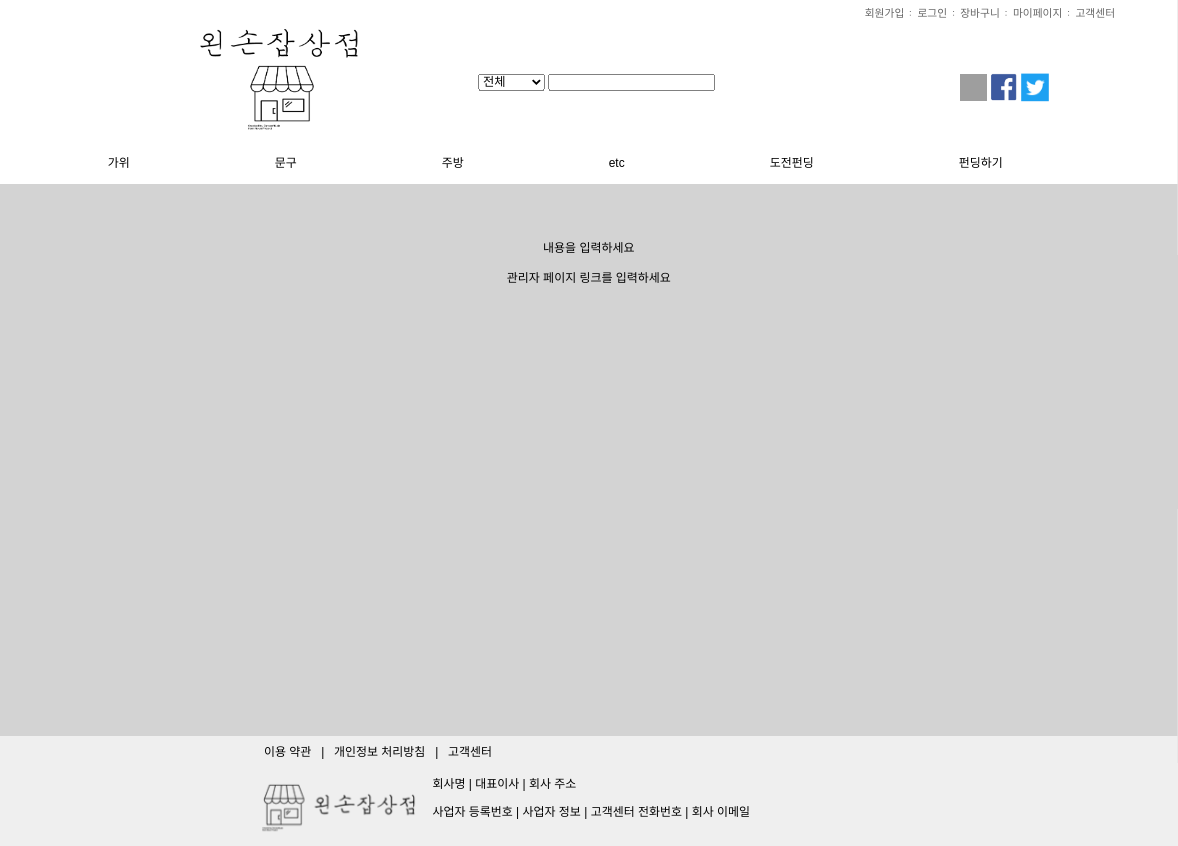
Repository: GroundPark/team6
Page: http://localhost/lefthand/index.jsp
These files come from the project's save history. The page is drawn as it stood at one moment and after the next save; the edit follows.
The browser window is 1280 px wide. The pictures show the whole page, at 92% of full size.
Pictures or frames that could not be fetched are drawn as grey boxes. The page is served by Tomcat 9. Nobody is signed in. The application's start-up code is not run.

Above is the page before, as saved 2021-11-20 04:21:56.

After the next save:
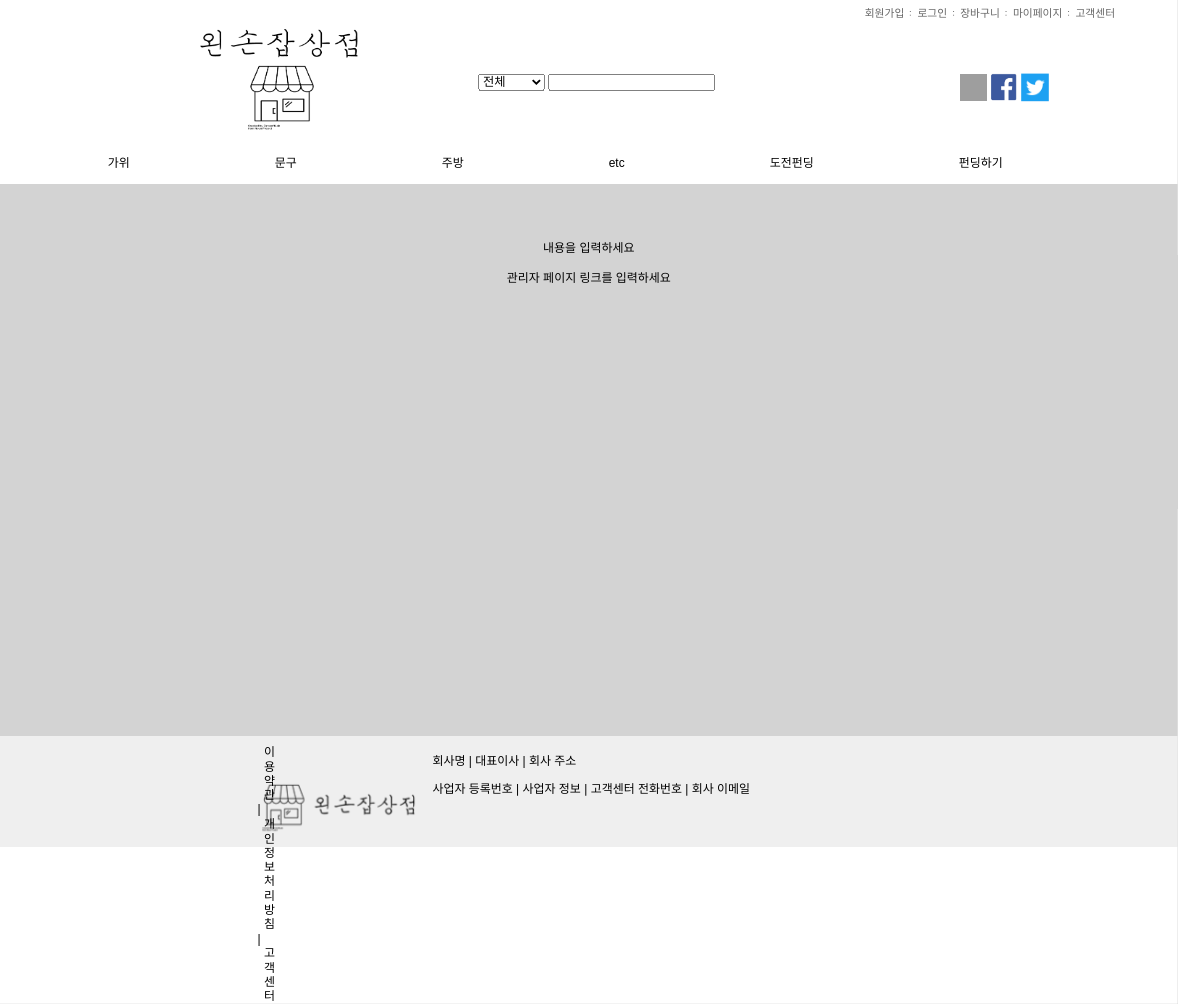
Saved 35 s later.
--- a/lefthand/WebContent/css/footer.css
+++ b/lefthand/WebContent/css/footer.css
@@ -20,8 +20,8 @@ footer {
 
 /* ---------- footer 영역 ---------- */
 .footerInner { width:1200px; height:120px; position:absolute;  }
-.corp_area { padding-top:10px; padding-left:125px; }
-.corp_list { padding-left:155px; }
+.corp_area { padding-top:10px; padding-left:125px; position:absolute; }
+.corp_list { padding-left:155px; position:absolute;  }
 .corp_area ul { text-align:left; }
 .corp_area li { display:inline-block; padding:0 7px 0 7px; }
 .footerLogo { position:absolute; top:50px; padding-left:280px; }
